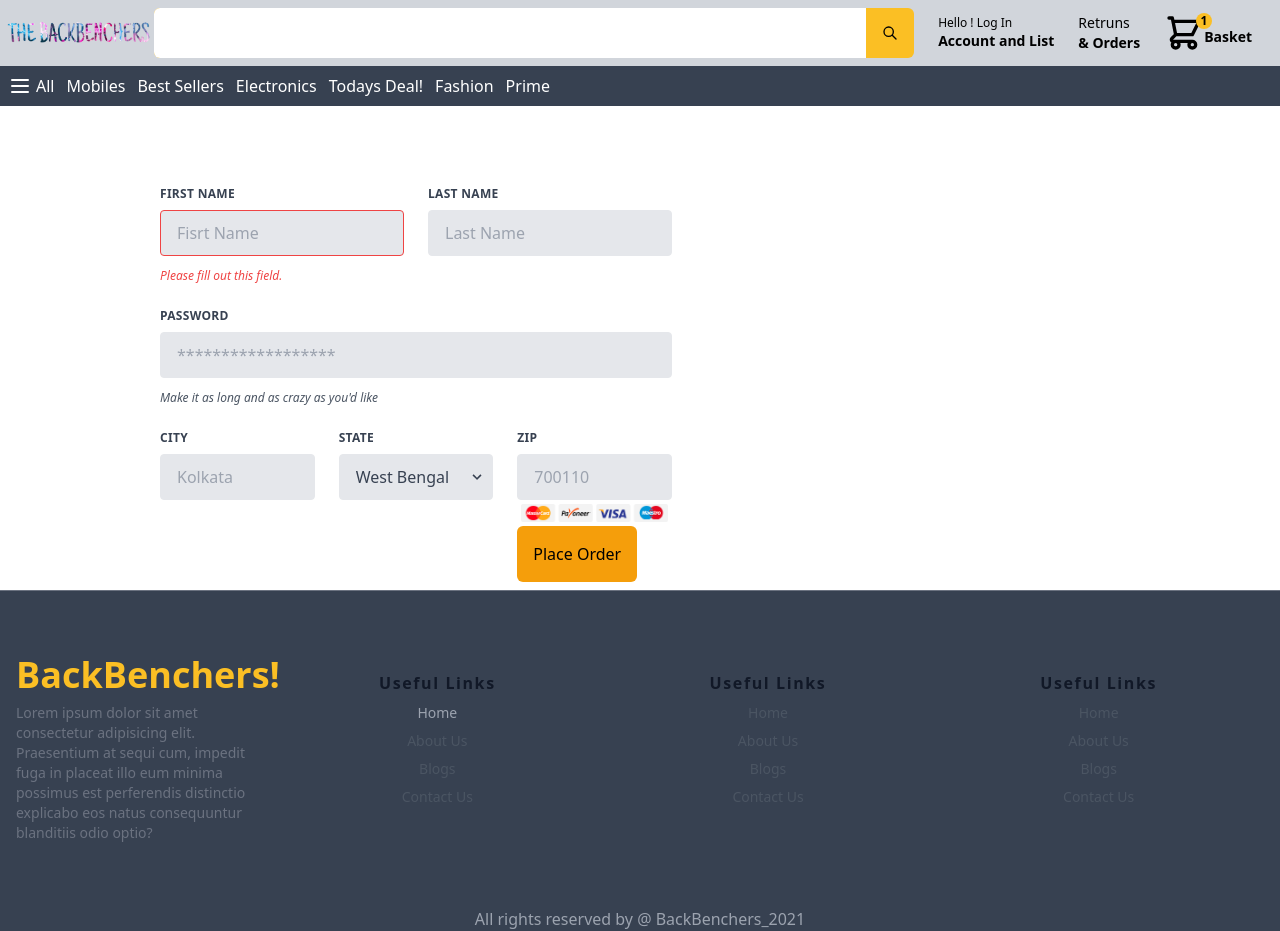
Repository: Alex0715/BackBench
Page: /Billing
An editor plug-in stored every save of this project. The page is shown before and after the next save, followed by the edit.
The browser window is 1280 px wide. The pictures show the whole page.
The project was rebuilt for these pictures with package versions that can differ from the ones it lists, and the page was loaded fresh each time. The framework's server and built-in components were replaced by stand-ins that run in the browser. Also part of the build but not shown: next.config.js.

Above is the page before, as saved 2022-01-11 13:40:57.

After the next save:
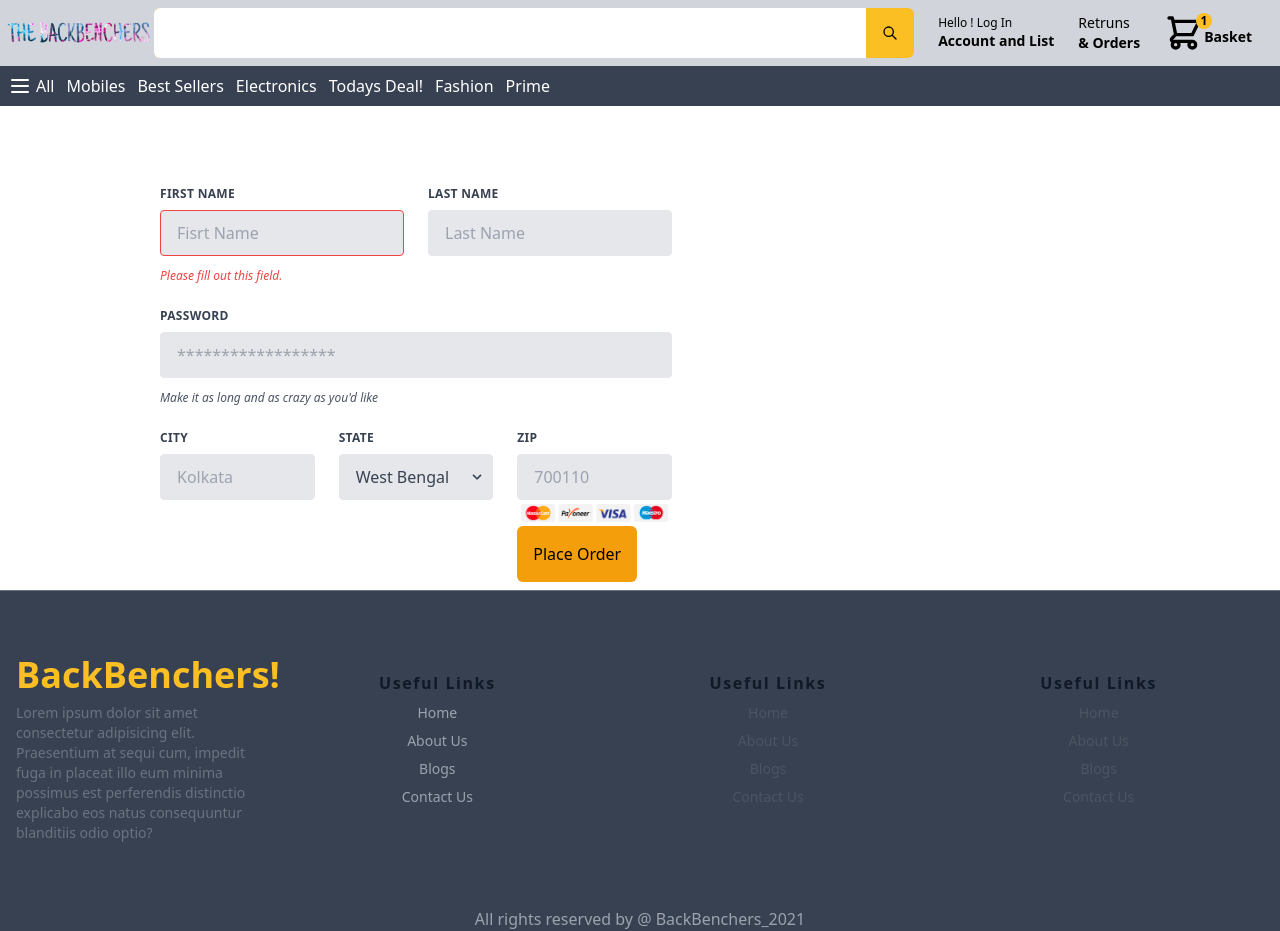
Saved 11 s later.
--- a/pages/components/Footer.js
+++ b/pages/components/Footer.js
@@ -55,13 +55,13 @@ function Footer() {
                 <a className="text-gray-400 hover:text-gray-800">Home</a>
               </li>
               <li>
-                <a className="text-gray-600 hover:text-gray-800">About Us</a>
+                <a className="text-gray-400 hover:text-gray-800">About Us</a>
               </li>
               <li>
-                <a className="text-gray-600 hover:text-gray-800">Blogs</a>
+                <a className="text-gray-400 hover:text-gray-800">Blogs</a>
               </li>
               <li>
-                <a className="text-gray-600 hover:text-gray-800">Contact Us</a>
+                <a className="text-gray-400 hover:text-gray-800">Contact Us</a>
               </li>
             </ul>
           </div>
